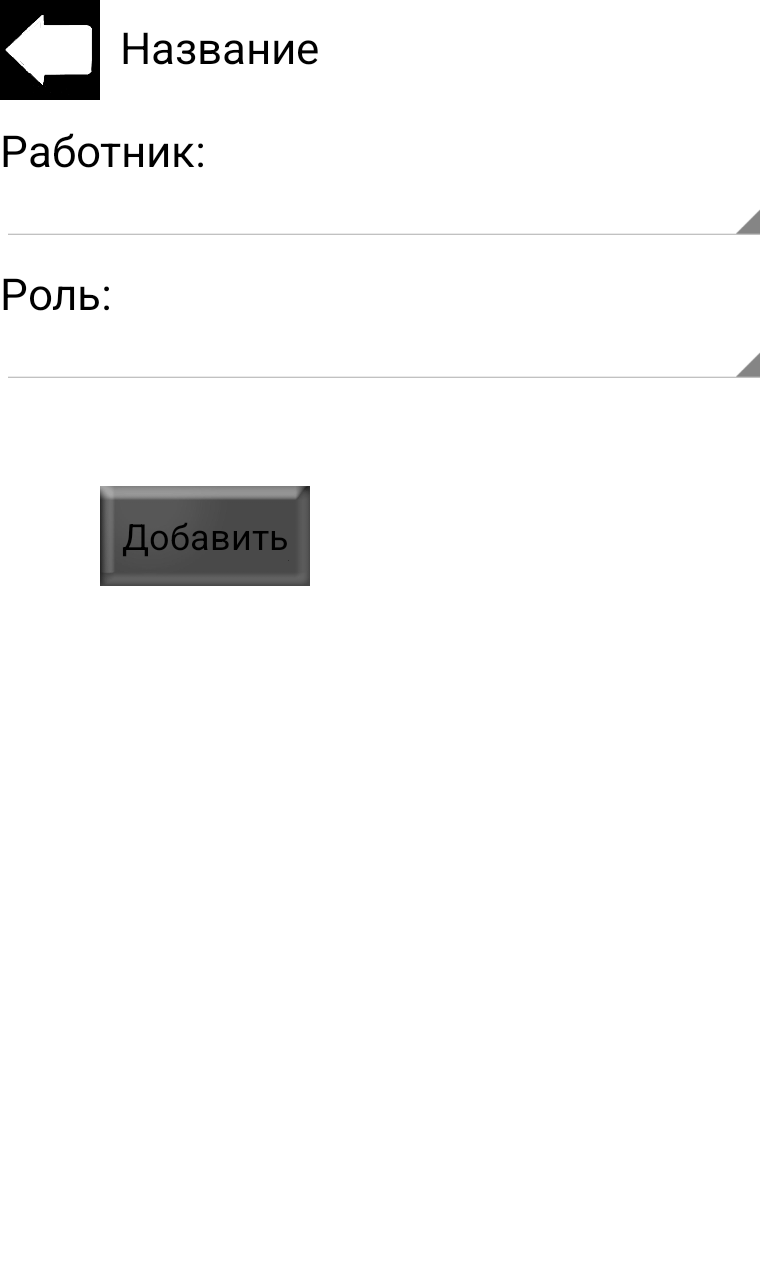
Repository: webguild/RedmineMobile
Layout: Android/RedmineAndroid/res/layout/project_add_worker.xml
These files come from the project's save history. The layout is drawn as it stood at one moment and after the next save; the edit follows.
It is drawn on a 768 x 1280 px phone screen (xhdpi) without system bars, with theme AppTheme; the app's code is not run.

Above is the layout before, as saved 2013-01-18 14:59:48.

### Android/RedmineAndroid/res/layout/project_add_worker.xml
<?xml version="1.0" encoding="utf-8"?>
<LinearLayout xmlns:android="http://schemas.android.com/apk/res/android"
    android:layout_width="match_parent"
    android:layout_height="match_parent"
    android:background="#fff"
    android:orientation="vertical" >

    <LinearLayout
        android:layout_width="match_parent"
        android:layout_height="wrap_content" >

        <Button
            android:id="@+id/button1"
            android:layout_width="50dp"
            android:layout_height="50dp"
            android:background="@drawable/backbutton" />

        <TextView
            android:id="@+id/textView1"
            android:layout_width="wrap_content"
            android:layout_height="wrap_content"
            android:layout_marginLeft="10dp"
            android:text="Название"
            android:textAppearance="?android:attr/textAppearanceLarge" />

    </LinearLayout>

    <TextView
        android:id="@+id/textView2"
        android:layout_width="wrap_content"
        android:layout_height="wrap_content"
        android:layout_marginTop="10dp"
        android:text="Работник:"
        android:textAppearance="?android:attr/textAppearanceLarge" />

    <Spinner
        android:id="@+id/spinner1"
        android:layout_width="match_parent"
        android:layout_height="wrap_content" />

    <TextView
        android:id="@+id/textView3"
        android:layout_width="wrap_content"
        android:layout_height="wrap_content"
        android:layout_marginTop="10dp"
        android:text="Роль:"
        android:textAppearance="?android:attr/textAppearanceLarge" />

    <Spinner
        android:id="@+id/spinner2"
        android:layout_width="match_parent"
        android:layout_height="wrap_content" />

    <Button
        android:id="@+id/button2"
        android:layout_width="105dp"
        android:layout_height="50dp"
        android:layout_gravity="bottom"
        android:layout_marginLeft="50dp"
        android:layout_marginTop="50dp"
        android:background="@drawable/darkgreybutton"
        android:text="Добавить" />

</LinearLayout>

Loaded but not shown: Android/RedmineAndroid/res/values/styles.xml (common file); Android/RedmineAndroid/res/values-v11/styles.xml (common file)

After the next save:
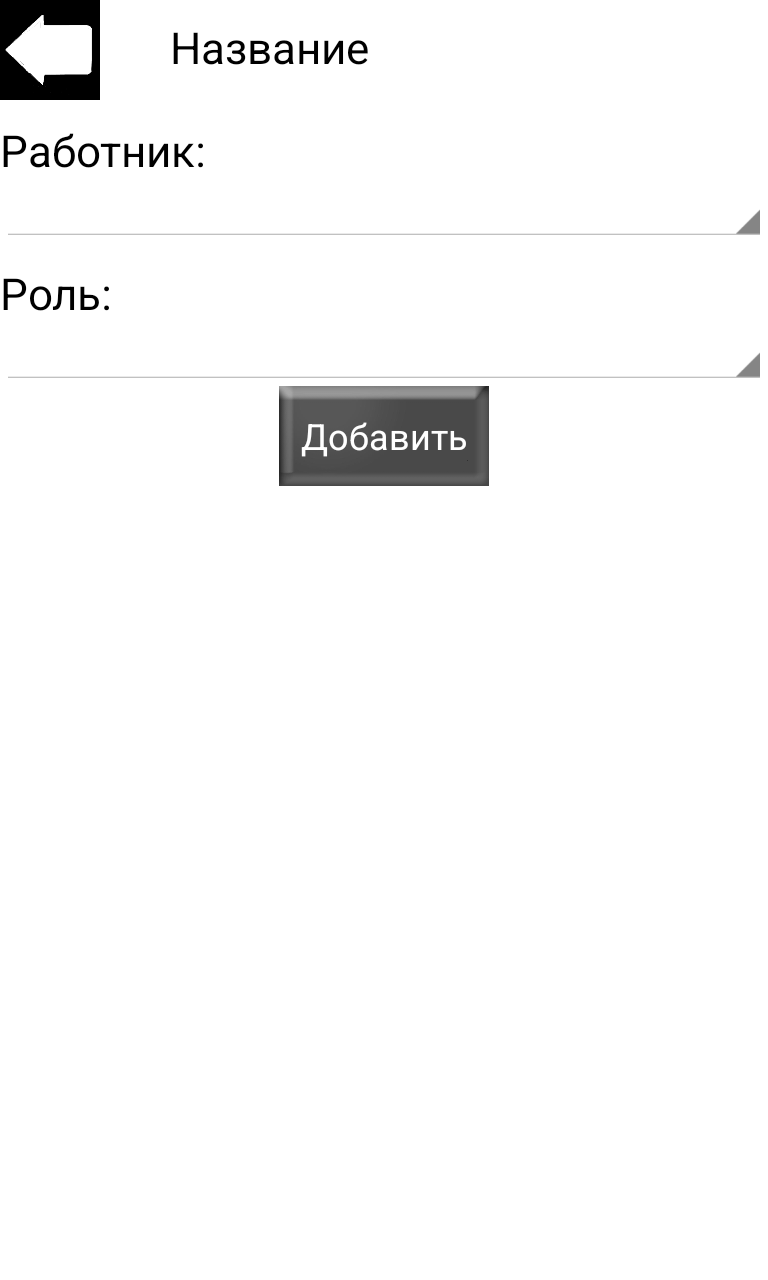
Saved 3 min 1 s later.
--- a/Android/RedmineAndroid/res/layout/project_add_worker.xml
+++ b/Android/RedmineAndroid/res/layout/project_add_worker.xml
@@ -19,7 +19,7 @@
             android:id="@+id/textView1"
             android:layout_width="wrap_content"
             android:layout_height="wrap_content"
-            android:layout_marginLeft="10dp"
+            android:layout_marginLeft="35dp"
             android:text="Название"
             android:textAppearance="?android:attr/textAppearanceLarge" />
 
@@ -55,10 +55,9 @@
         android:id="@+id/button2"
         android:layout_width="105dp"
         android:layout_height="50dp"
-        android:layout_gravity="bottom"
-        android:layout_marginLeft="50dp"
-        android:layout_marginTop="50dp"
+        android:layout_gravity="bottom|center"
         android:background="@drawable/darkgreybutton"
-        android:text="Добавить" />
+        android:text="Добавить"
+        android:textColor="#fff" />
 
 </LinearLayout>
